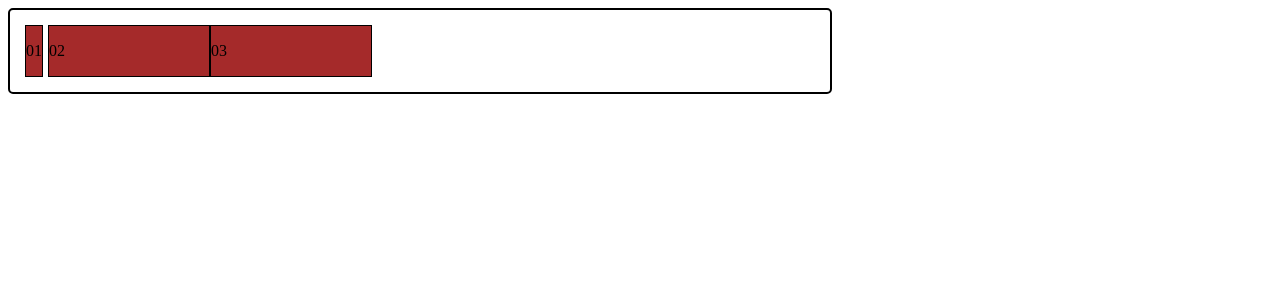
Repository: ozielms/flexbox
Page: outros/flexbox-master/index.html
The author's editor kept a copy of each file at every save. The page is drawn from the files as they stood at one save, then again after the next save.
The browser window is 1280 px wide. The pictures show the whole page.

Above is the page before, as saved 2022-04-23 03:58:29.

After the next save:
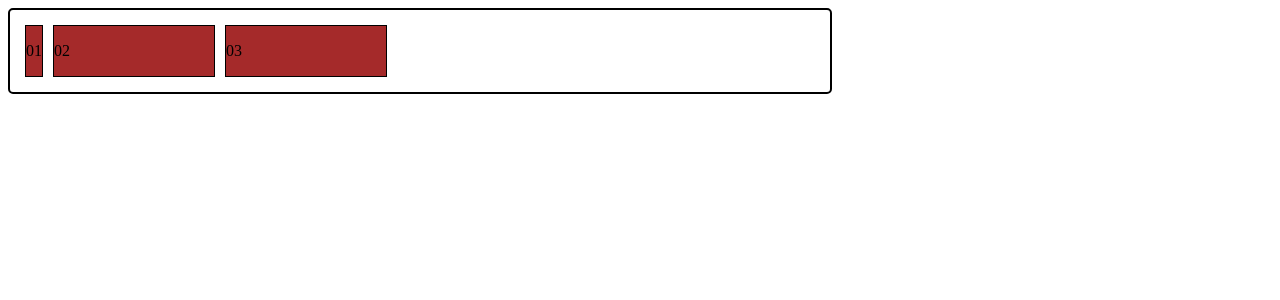
Saved 11 s later.
--- a/outros/flexbox-master/css/estilo.css
+++ b/outros/flexbox-master/css/estilo.css
@@ -19,6 +19,7 @@
     height: 99%;
     background-color: brown;
     border: 1px solid black;
+    margin: 5px;
 }
 
 .filho3 {
@@ -26,4 +27,5 @@
     height: 99%;
     background-color: brown;
     border: 1px solid black;
+    margin: 5px;
 }
